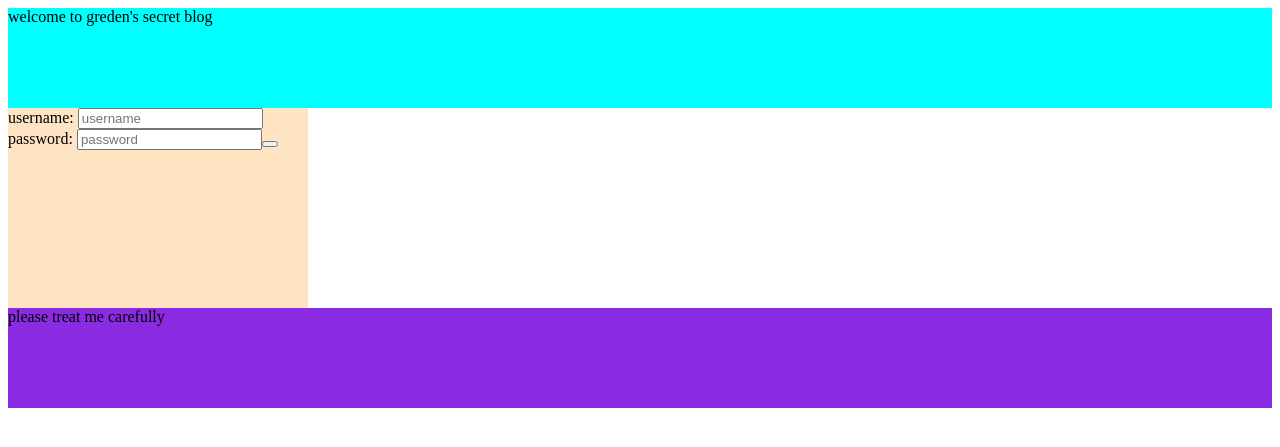
Repository: greden0814/myBlog
Page: /
These files come from the project's save history. The page is drawn as it stood at one moment and after the next save; the edit follows.
The browser window is 1280 px wide. The pictures show the whole page.
The project was rebuilt for these pictures with package versions that can differ from the ones it lists, and the page was loaded fresh each time.

Above is the page before, as saved 2021-07-10 18:31:02.

After the next save:
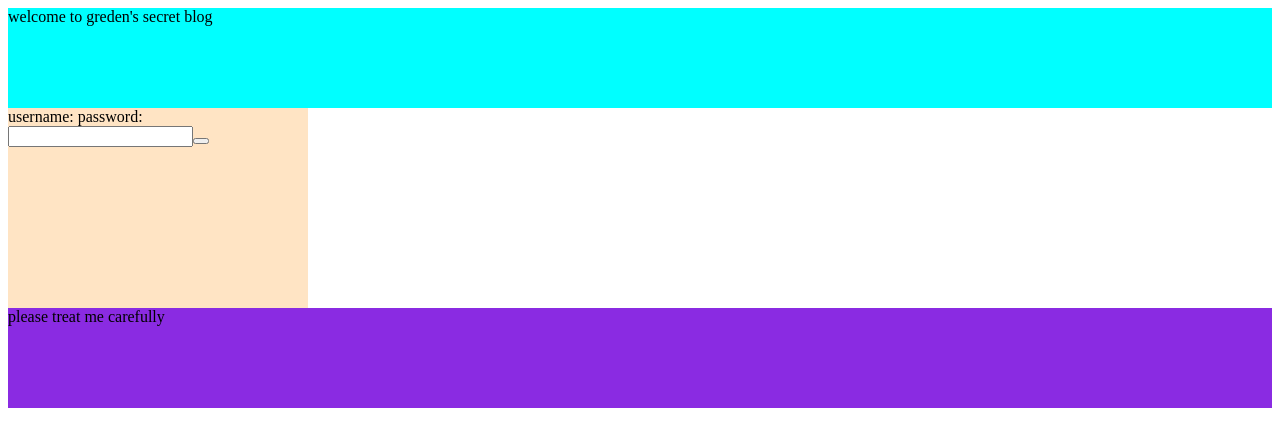
Saved 2 min 4 s later.
--- a/src/views/login/index.vue
+++ b/src/views/login/index.vue
@@ -3,8 +3,15 @@
     <div class="header">welcome to greden's secret blog</div>
     <div class="body">
       <div class="loginZone">
-        username: <input v-model="username" placeholder="username" />
-        password: <input v-model="password" placeholder="password" />
+          <el-form>
+              <el-form-item>
+                username: <el-input v-model="username" placeholder="username" />
+              </el-form-item>
+              <el-form-item>
+                password: <el-input v-model="password" placeholder="password" />
+              </el-form-item>
+          </el-form>
+        <input />
         <button ></button>
       </div>
     </div>
